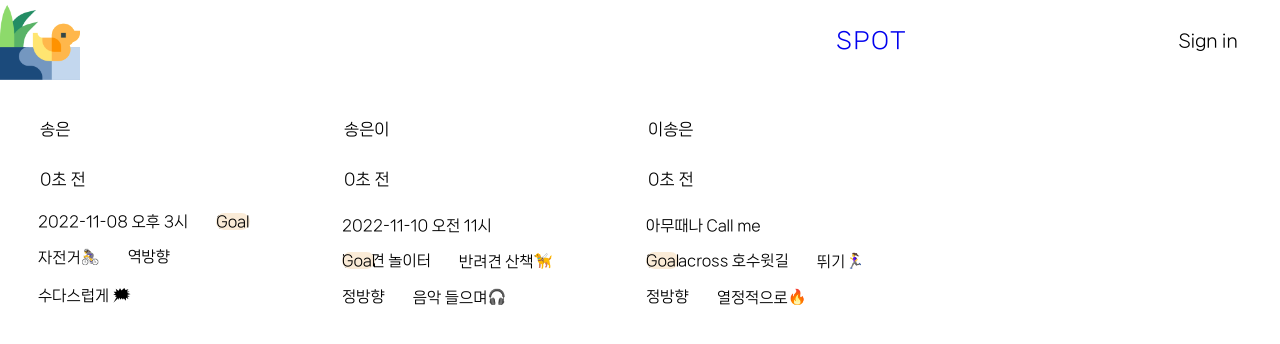
Repository: songeunleee/youngrangho
Page: /
An editor plug-in stored every save of this project. The page is shown before and after the next save, followed by the edit.
The browser window is 1280 px wide. The pictures show the whole page.
Some web libraries are served in a nearby version. The project was rebuilt for these pictures with package versions that can differ from the ones it lists, and the page was loaded fresh each time. Some packages were replaced by stand-ins written for this rebuild. Also part of the build but not shown: src/app.module.css, src/components/activity/activity.module.css, src/components/footer/footer.module.css, src/components/footer/footer.jsx, src/components/home/home.module.css, src/components/home/home.jsx, src/components/add_spot/add_spot.module.css, src/components/add_spot/add_spot.jsx and 6 more.

Above is the page before, as saved 2022-11-08 06:47:22.

### public/index.html
<!DOCTYPE html>
<html lang="en">
  <head>
    <meta charset="utf-8" />
    <script src="https://cdn.jsdelivr.net/npm/sweetalert2@10"></script>
    <script
      src="https://kit.fontawesome.com/7fb71a1d7b.js"
      crossorigin="anonymous"
    ></script>
    <link rel="icon" href="%PUBLIC_URL%/favicon.ico" />
    <meta name="viewport" content="width=device-width, initial-scale=1" />
    <meta name="theme-color" content="#000000" />
    <link rel="preconnect" href="https://fonts.googleapis.com" />
    <link rel="preconnect" href="https://fonts.gstatic.com" crossorigin />
    <link
      href="https://fonts.googleapis.com/css2?family=Noto+Sans+KR:wght@100;300;400&family=Noto+Serif+KR:wght@200;400&family=Varela+Round&display=swap"
      rel="stylesheet"
    />

    <meta
      name="description"
      content="Web site created using create-react-app"
    />
    <link rel="apple-touch-icon" href="%PUBLIC_URL%/logo192.png" />
    <!--
      manifest.json provides metadata used when your web app is installed on a
      user's mobile device or desktop. See https://developers.google.com/web/fundamentals/web-app-manifest/
    -->
    <link rel="manifest" href="%PUBLIC_URL%/manifest.json" />
    <!--
      Notice the use of %PUBLIC_URL% in the tags above.
      It will be replaced with the URL of the `public` folder during the build.
      Only files inside the `public` folder can be referenced from the HTML.

      Unlike "/favicon.ico" or "favicon.ico", "%PUBLIC_URL%/favicon.ico" will
      work correctly both with client-side routing and a non-root public URL.
      Learn how to configure a non-root public URL by running `npm run build`.
    -->
    <title>React App</title>
  </head>
  <body>
    <noscript>You need to enable JavaScript to run this app.</noscript>
    <div id="root"></div>
    <!--
      This HTML file is a template.
      If you open it directly in the browser, you will see an empty page.

      You can add webfonts, meta tags, or analytics to this file.
      The build step will place the bundled scripts into the <body> tag.

      To begin the development, run `npm start` or `yarn start`.
      To create a production bundle, use `npm run build` or `yarn build`.
    -->
  </body>
</html>

### src/index.js
import React from "react";
import ReactDOM from "react-dom/client";
import "./index.css";
import App from "./app";
import { firebaseApp } from "./service/firebase";
import AuthService from "./service/auth_service";
import FileUpload from "./service/file_upload";
import Repository from "./service/repositiry";

const repository = new Repository(firebaseApp);
const fileUpload = new FileUpload(firebaseApp);
const authService = new AuthService(firebaseApp);

const root = ReactDOM.createRoot(document.getElementById("root"));
root.render(
  <React.StrictMode>
    <App
      authService={authService}
      fileUpload={fileUpload}
      repository={repository}
    />
  </React.StrictMode>
);

### src/index.css
@font-face {
  font-family: "font1";
  src: url("../public/fonts/NanumSquareNeo-aLt.ttf") format("truetype");
  font-weight: normal;
}

@font-face {
  font-family: "font2";
  src: url("../public/fonts/NanumSquareNeo-bRg.ttf") format("truetype");
  font-weight: bold;
}

@font-face {
  font-family: "font3";
  src: url("../public/fonts/NanumSquareNeo-cBd.ttf") format("truetype");
  font-weight: bold;
}

@font-face {
  font-family: "font4";
  src: url("../public/fonts/NanumSquareNeo-eHv.ttf") format("truetype");
  font-weight: bold;
}
body {
  margin: 0;
  font-family: -apple-system, BlinkMacSystemFont, "Segoe UI", "Roboto", "Oxygen",
    "Ubuntu", "Cantarell", "Fira Sans", "Droid Sans", "Helvetica Neue",
    sans-serif;
  -webkit-font-smoothing: antialiased;
  -moz-osx-font-smoothing: grayscale;
  height: 100%;
}

code {
  font-family: source-code-pro, Menlo, Monaco, Consolas, "Courier New",
    monospace;
}
html {
}
#root {
  margin: 0;
  display: flex;
  flex-direction: column;
  height: 100%;
}

### src/app.jsx
import { useEffect, useState } from "react";
import { BrowserRouter, Route, Routes } from "react-router-dom";
import styles from "./app.module.css";
import Activity from "./components/activity/activity";
import Footer from "./components/footer/footer";
import Header from "./components/header/header";
import Home from "./components/home/home";
import Spot from "./components/spot/spot";

function App({ authService, fileUpload, repository }) {
  const [user, setUser] = useState(null);

  const getUser = (user) => {
    setUser(user);
  };

  useEffect(() => {
    authService.onAuthChange((user) => {
      if (user) {
        setUser(user);
      } else {
      }
    });
  }, [authService]);

  return (
    <>
      <BrowserRouter>
        <Header authService={authService} getUser={getUser} user={user} />
        <Routes>
          <Route
            path="/"
            element={<Activity authService={authService} user={user} />}
          />
          <Route
            path="/activity"
            element={<Activity authService={authService} user={user} />}
          />
          <Route
            path="/spot"
            element={
              <Spot
                authService={authService}
                user={user}
                fileUpload={fileUpload}
                repository={repository}
              />
            }
          />
        </Routes>
      </BrowserRouter>
    </>
  );
}

export default App;

### src/service/firebase.js
import { initializeApp } from "firebase/app";

const firebaseConfig = {
  apiKey: "AIzaSyA1QsOldBRNtAOG8_cfGoyHxB8PmdZT3xA",
  authDomain: "youngrangho-d9473.firebaseapp.com",
  projectId: "youngrangho-d9473",
  storageBucket: "youngrangho-d9473.appspot.com",
  messagingSenderId: "558891074778",
  appId: "1:558891074778:web:a513dfcb578ca1084111e3",
  measurementId: "G-VKW34V7D4J",
};

export const firebaseApp = initializeApp(firebaseConfig);

### src/service/auth_service.js
import {
  getAuth,
  signInWithPopup,
  GoogleAuthProvider,
  onAuthStateChanged,
} from "firebase/auth";
class AuthService {
  constructor() {
    this.auth = getAuth();
    this.provider = new GoogleAuthProvider();
  }
  signin() {
    return signInWithPopup(this.auth, this.provider);
  }

  signout() {
    const auth = getAuth();
    auth.signOut();
  }

  onAuthChange(onUserChanged) {
    const auth = getAuth();
    return onAuthStateChanged(auth, (user) => {
      onUserChanged(user);
    });
  }
}
export default AuthService;

### src/service/file_upload.js
import { getStorage, ref, uploadBytes, getDownloadURL } from "firebase/storage";

class FileUpload {
  constructor() {
    this.storage = getStorage();
  }

  async upload(file) {
    this.storageRef = ref(this.storage, `spot/${file.name}`);
    const img = await uploadBytes(this.storageRef, file);
    return getDownloadURL(ref(this.storage, img.ref.fullPath));
  }
}

export default FileUpload;

### src/service/repositiry.js
import {
  getDatabase,
  ref,
  set,
  remove,
  onValue,
  off,
  update,
} from "firebase/database";

class Repository {
  constructor() {
    this.db = getDatabase();
  }

  syncSpots(userId, onUpdate) {
    const query = ref(this.db, `spots`);
    onValue(query, (snapshot) => {
      const value = snapshot.val();
      value && onUpdate(value);
    });
    return () => off(query);
  }

  saveSpot(userId, spot) {
    set(ref(this.db, `spots/${spot.id}`), spot);
  }
  removeSpot(userId, spot) {
    const spotRef = ref(this.db, `spots/${spot.id}`);
    remove(spotRef);
  }
}
export default Repository;

### src/components/activity/activity.jsx
import { set } from "firebase/database";
import React from "react";
import { useState } from "react";
import { useEffect } from "react";
import { useLocation } from "react-router-dom";
import ActivityList from "../activity_list/activity_list";
import Header from "../header/header";
import styles from "./activity.module.css";

const Activity = ({ authService, user }) => {
  const [cards, setCards] = useState({
    1: {
      id: 1,
      author: "송은",
      createTime: Date.now(),
      appointment: "2022-11-08 오후 3시",
      mean: "자전거🚴‍♀️",
      course: "역방향",
      goal: "완주",
      mode: "수다스럽게 🗯",
    },
    2: {
      id: 2,
      author: "송은이",
      createTime: Date.now(),
      appointment: "2022-11-10 오전 11시",
      mean: "반려견 산책🦮",
      course: "정방향",
      goal: "반려견 놀이터",
      mode: "음악 들으며🎧",
    },
    3: {
      id: 3,
      author: "이송은",
      createTime: Date.now(),
      appointment: "아무때나 Call me",
      mean: "뛰기🏃‍♀️",
      course: "정방향",
      goal: "완주 across 호수윗길",
      mode: "열정적으로🔥",
    },
  });

  return <ActivityList cards={cards} />;
};
export default Activity;

### src/components/header/header.jsx
import React, { useEffect } from "react";
import { useState } from "react";
import { Link, useLocation } from "react-router-dom";
import styles from "./header.module.css";

const Header = ({ authService, getUser, user }) => {
  const location = useLocation().pathname;

  const isSpot = (location) => {
    return location === "/spot" ? true : false;
  };
  console.log(isSpot(location));
  const onSignin = () => {
    authService.signin().then((data) => getUser(data.user));
  };

  const onSignout = () => {
    authService.signout();
    getUser(null);
  };

  return (
    <header className={styles.header}>
      <Link
        className={`${styles.logolink} ${
          !isSpot(location) ? styles.activity : null
        } `}
        to={"/"}
      >
        <img className={styles.logo} src="./images/duck (1).png" alt="" />
      </Link>
      <Link
        className={`${styles.link} ${
          !isSpot(location) ? styles.activity : null
        }`}
        to={"/activity"}
      >
        ACTIVITY
      </Link>
      <Link
        className={`${styles.link} ${isSpot(location) ? styles.spot : null}`}
        to={"/spot"}
      >
        SPOT
      </Link>

      {user ? (
        <div className={styles.signIn}>
          <img className={styles.img} src={user.photoURL} alt="" />
          <p className={styles.name}>{user.displayName}</p>
          <button
            className={`${styles.button} ${styles.sign}`}
            onClick={onSignout}
          >
            Sign out
          </button>
        </div>
      ) : (
        <button className={`${styles.button}`} onClick={onSignin}>
          Sign in
        </button>
      )}
    </header>
  );
};

export default Header;

### src/components/activity_list/activity_list.jsx
import React from "react";
import ActivityItem from "../activity_item/activity_item";
import styles from "./activity_list.module.css";

const ActivityList = ({ cards, user }) => {
  return (
    <section className={styles.list}>
      {Object.keys(cards).map((key) => (
        <ActivityItem key={key} card={cards[key]} user={user} />
      ))}
    </section>
  );
};

export default ActivityList;

### src/components/header/header.module.css
@value mainBlue, mainLightBlue,sideBlue, textWhite from '../../common/colors.css';
@value mediaQuery from '../../common/size.css';

.header {
  display: flex;
  height: 5rem;
  align-items: center;
  position: relative;
}
.logolink {
  height: 100%;
}

.logolink.activity {
  background-color: white;
}
.logo {
  height: 100%;

  transition: all 150ms ease-in;
}

.logo:hover {
  background-color: mainBlue;
}
.link {
  height: 100%;
  display: flex;
  justify-content: center;
  align-items: center;
  flex: 0.8;
  text-decoration: none;
  color: mainBlue;
  font-size: 1.4rem;
  font-family: "font2";
  letter-spacing: 2px;
  font-weight: 500;
  text-align: center;
  transition: letter-spacing 150ms ease-in;
}

.link.spot {
  background-color: mainBlue;
  color: white;
}

.link.activity {
  background-color: mainBlue;
  color: white;
}

.signIn {
  flex: 0.4;
  display: flex;
  justify-content: center;
  align-items: center;
  padding-left: 0.5rem;
  padding-right: 0.5rem;
}

.img {
  border-radius: 50%;
  width: 50px;
  height: 50px;
}

.name {
  padding-left: 1rem;
  padding-right: 1rem;
  font-family: "font3";
  color: sideBlue;
}

.button.sign {
  flex: 0.6;
  width: 100%;
}

.button {
  font-size: 1.1rem;
  font-weight: 500;
  font-family: "font2";
  flex: 0.2;
  background: none;
  cursor: pointer;
  border: none;
  color: mainBlue;
  transition: letter-spacing 250ms ease-in;
}

.link:hover {
  letter-spacing: 0;
}

.button:hover {
  letter-spacing: 1px;
}

@media screen and (max-width: mediaQuery) {
  .name {
    display: none;
  }
  .img {
    display: none;
  }
  .logolink {
    display: none;
  }
}

### src/components/activity_item/activity_item.jsx
import React from "react";
import styles from "./activity_item.module.css";

const ActivityItem = ({ card }) => {
  const { id, author, createTime, appointment, mean, course, goal, mode } =
    card;

  const publishedAt = (publishedAt) => {
    const now = new Date();
    const time = new Date(publishedAt);

    const t = (now - time) / 1000;

    if (t < 60) return Math.floor(t) + "초 전";
    const tm = t / 60;
    if (tm < 60) return Math.floor(tm) + "분 전";
    const th = tm / 60;
    if (th < 24) return Math.floor(th) + "시간 전";
    const td = th / 24;
    if (td < 8) return Math.floor(td) + "일 전";
    const tw = td / 7;
    if (tw < 5) return Math.floor(tw) + "주 전";
    const tmon = td / 30;
    if (tw < 30) return Math.floor(tmon) + "달 전";
    const ty = td / 365;
    return Math.floor(ty) + "년 전";
  };

  return (
    <section className={styles.card}>
      <div className={styles.info}>
        <p className={styles.author}>{author}</p>
        <p className={styles.createTime}>{publishedAt(Date(createTime))}</p>
      </div>
      <div className={styles.contentBox}>
        <div className={styles.content}>
          {appointment && (
            <div className={`${styles.chip} ${styles.appointment}`}>
              {appointment}
              <i
                className={`fa-solid fa-circle-xmark ${styles.chipDelete}`}
              ></i>
            </div>
          )}

          {goal && (
            <div className={`${styles.chip} ${styles.goal}`}>
              <div className={styles.G}>Goal</div>
              {goal}
              <i
                className={`fa-solid fa-circle-xmark ${styles.chipDelete}`}
              ></i>
            </div>
          )}
          {mean && (
            <div className={`${styles.chip} ${styles.mean}`}>
              {mean}
              <i
                className={`fa-solid fa-circle-xmark ${styles.chipDelete}`}
              ></i>
            </div>
          )}
          {course && (
            <div className={`${styles.chip} ${styles.course}`}>
              {course}
              <i
                className={`fa-solid fa-circle-xmark ${styles.chipDelete}`}
              ></i>
            </div>
          )}
          {mode && (
            <div className={`${styles.chip} ${styles.mode}`}>
              {mode}
              <i
                className={`fa-solid fa-circle-xmark ${styles.chipDelete}`}
              ></i>
            </div>
          )}
        </div>
      </div>
    </section>
  );
};

export default ActivityItem;

### src/components/activity_list/activity_list.module.css
.list {
  display: flex;
  flex-wrap: wrap;
  margin-top: 0.5rem;
}

### src/components/activity_item/activity_item.module.css
@value mainBlue,mainLightBlue,sideBlue,textWhite from '../../common/colors.css';

* {
  font-family: font2;
}

.card {
  display: flex;
  flex-direction: column;
  border: 1px mainLightBlue solid;
  margin: 0.5rem 1rem;
  padding: 0.5rem 0.5rem;
  width: 20%;
  height: auto;
  border-radius: 18px;
}
.info {
}
.author {
  margin: 0;
  padding: 1rem;
}
.createTime {
  margin: 0.5rem;
  padding: 0.5rem;
  border-bottom: 1px dashed mainBlue;
}

.contentBox {
  display: flex;
  flex: 1;
  align-items: center;
}
.content {
  display: flex;
  flex-wrap: wrap;
}
.chip {
  height: max-content;
  font-size: 15px;
  flex-wrap: nowrap;
  background-color: mainLightBlue;
  width: fit-content;
  border-radius: 18px;
  padding: 5px 10px;
  margin: 0.25rem 0.25rem;
  display: flex;
  align-items: center;
  cursor: pointer;
  transition: transform 200ms ease-in;
}

.chip.appointment {
  background-color: mainBlue;
}

/* .chip.goal::before {
  content: "goal ";
  background-color: antiquewhite;
  border-radius: 18px;
} */

.G {
  background-color: antiquewhite;
  border-radius: 18px;
  padding: px;
  position: absolute;
}

.chip:hover {
  transform: ;
}
.chipDelete {
  display: none;
  color: rgb(255, 255, 255);
  margin-left: 0.3rem;
  opacity: 0.9;
  border: none;
}

After the next save:
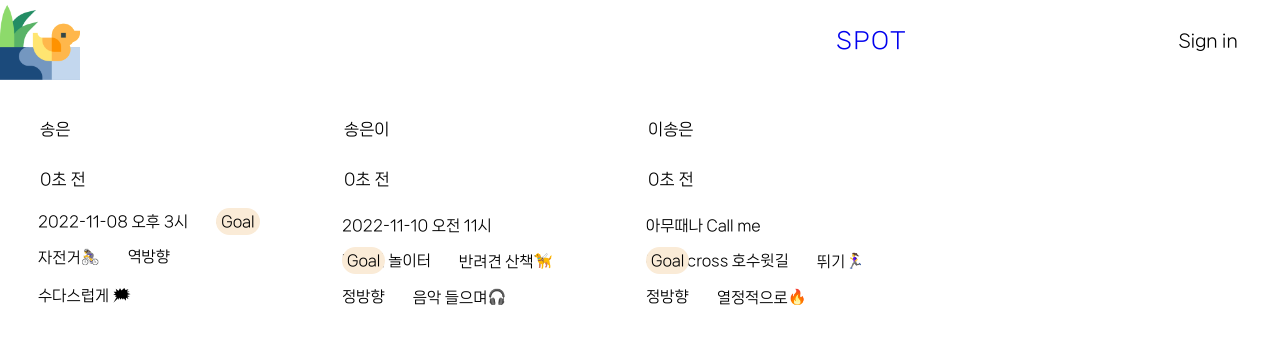
Saved 15 s later.
--- a/src/components/activity_item/activity_item.module.css
+++ b/src/components/activity_item/activity_item.module.css
@@ -63,7 +63,7 @@
 .G {
   background-color: antiquewhite;
   border-radius: 18px;
-  padding: px;
+  padding: 5px;
   position: absolute;
 }
 
